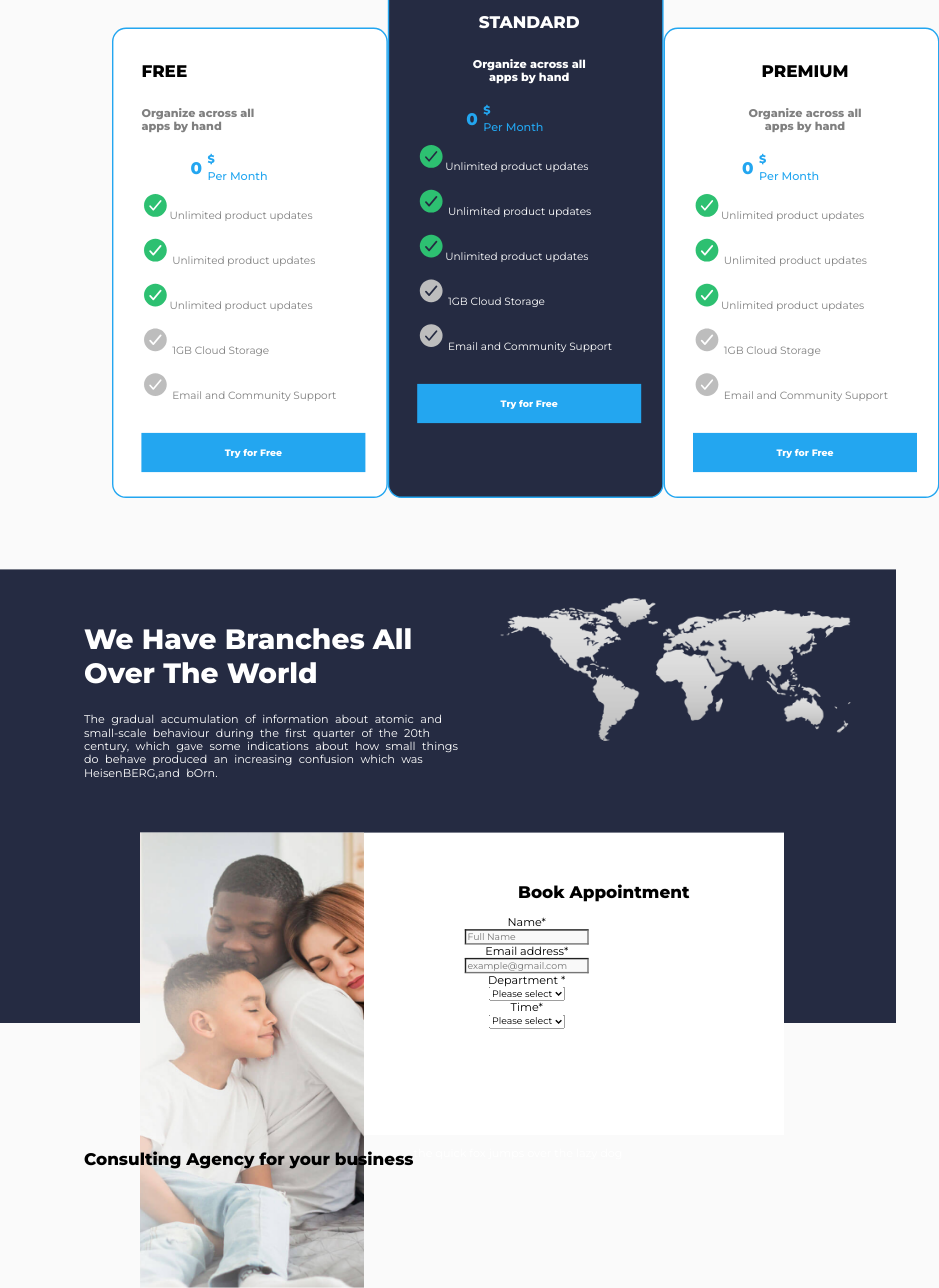
Repository: NANCY-HUB329/week-challenge
Page: index.html
The author's editor kept a copy of each file at every save. The page is drawn from the files as they stood at one save, then again after the next save.
The browser window is 1280 px wide. The page is 1342 px wide, so the pictures cover 1342 px, including what lies to the right of the window. The pictures show the part of the page from y = 2428 to 4268 px (the page is 4268 px tall), at 70% of full size.

Above is the page before, as saved 2023-11-24 08:09:11.

After the next save:
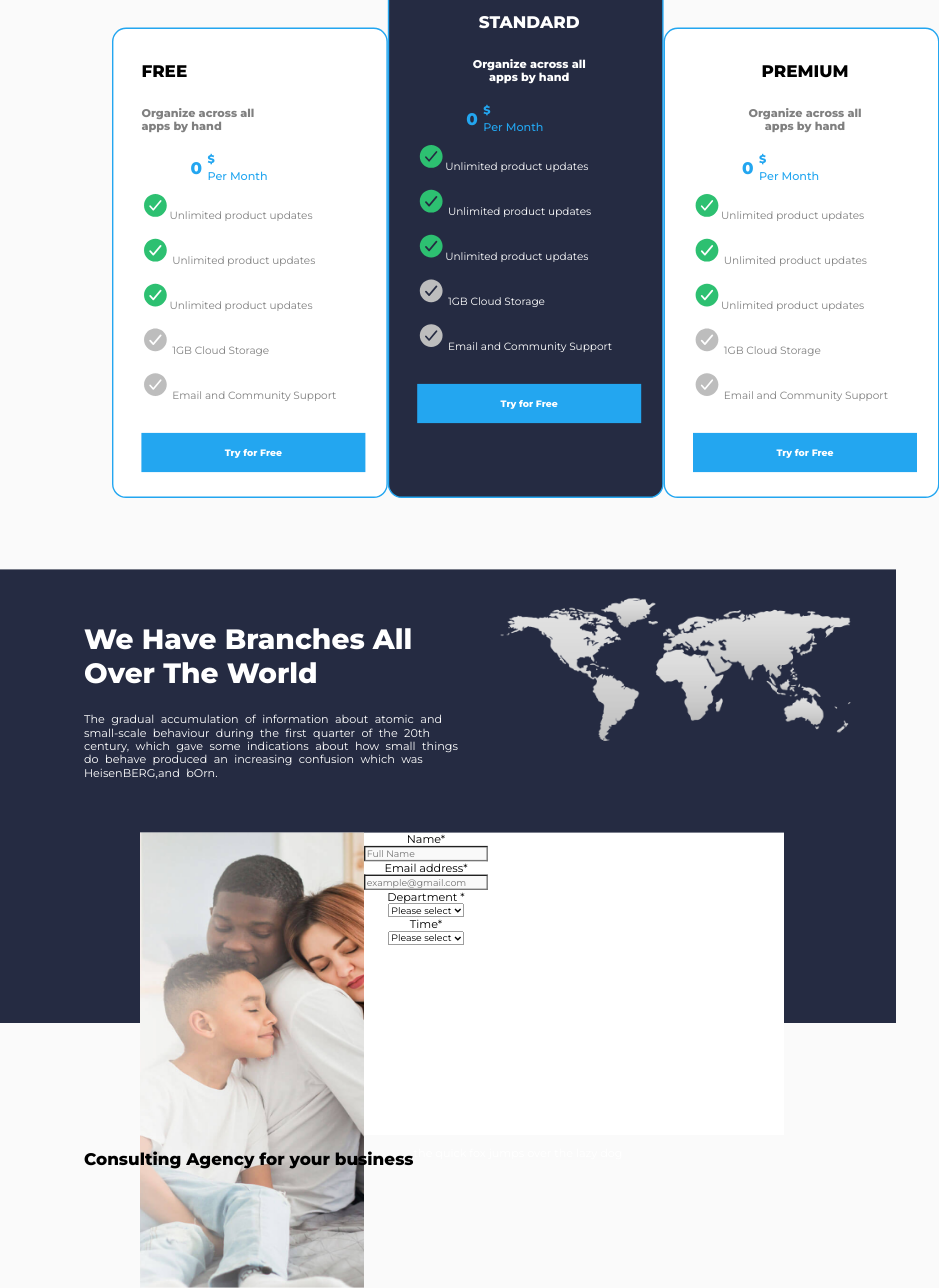
Saved 4 min 41 s later.
--- a/index.html
+++ b/index.html
@@ -356,7 +356,6 @@
 <div class="contact-form" >
 <img src="./images/contact.png"/>
 <div class="contact-form-main">
-<h2>Book Appointment</h2>
 
 <form>
   <label for="name">Name*</label><br>

After the 2 saves that followed:
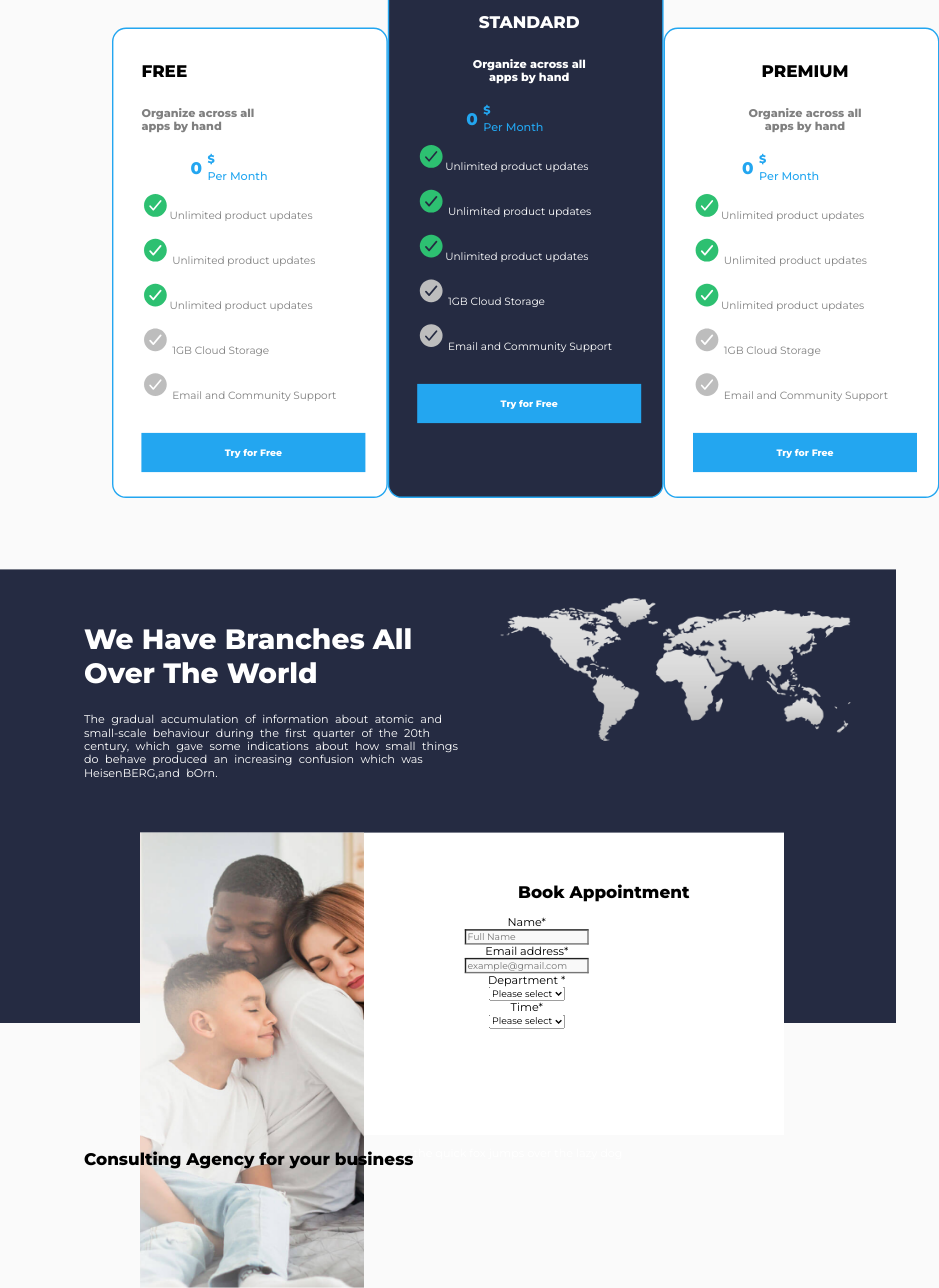
The 2 saves are shown as one change because they came seconds apart.
The last was saved 7 s later.
--- a/index.html
+++ b/index.html
@@ -358,6 +358,8 @@
 <div class="contact-form-main">
 
 <form>
+<h2>Book Appointment</h2>
+
   <label for="name">Name*</label><br>
 
   <input type="text" value="" placeholder="Full Name" style=" background-color:hsl(0deg 0% 97.65%); " name=""/><br>
